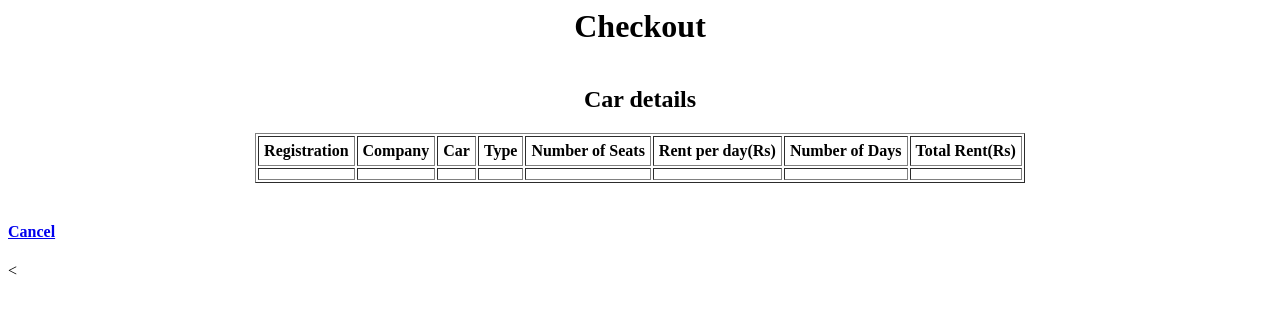
Repository: aforaswin/car-rental
Page: http://localhost/Car_Rental/Checkout.jsp
The author's editor kept a copy of each file at every save. The page is drawn from the files as they stood at one save, then again after the next save.
The browser window is 1280 px wide. The pictures show the whole page.
The page is served by Tomcat 9. Other server files are loaded and not shown. The template is opened directly, without the code that normally fills it, so the values that code supplies are empty.

Above is the page before, as saved 2017-09-19 09:10:47.

### Car Rental/WebContent/Checkout.jsp
<%@ page language="java" contentType="text/html; charset=ISO-8859-1"
    pageEncoding="ISO-8859-1"%>
<%@ taglib uri="http://java.sun.com/jsp/jstl/core" prefix="c" %>
<html>
<head>
<meta http-equiv="Content-Type" content="text/html; charset=ISO-8859-1">
<title>Insert title here</title>
</head>
<body>
<center>
        <h1>Checkout</h1>



    </center>
    <div align="center">
        <table border="1" cellpadding="5">
            <caption><h2>Car details</h2></caption>
            <tr>
                <th>Registration</th>
                <th>Company</th>
                <th>Car</th>
                <th>Type</th>
                <th>Number of Seats</th>
                <th>Rent per day(Rs)</th>
                <th>Number of Days</th>
                <th>Total Rent(Rs)</th>
            </tr>
               <tr>
                    <td><c:out value="${car.regNo}" /></td>
                    <td><c:out value="${car.companyName}" /></td>
                    <td><c:out value="${car.carName}" /></td>
                    <td><c:out value="${car.type}" /></td>
                    <td><c:out value="${car.noOfSeats}" /></td>
                    <td><c:out value="${car.rent}" /></td>
                    <td><c:out value="${days}" /></td>
                    <td><c:out value="${total}" /></td>



                </tr>

        </table>
    </div>
    <br>
    <h4> <a href="home">Cancel</a>  </h4>
       <
       <%
int timeout = session.getMaxInactiveInterval();
response.setHeader("Refresh", timeout + "; URL = userLogin.jsp");
%>
</body>
</html>

After the next save:
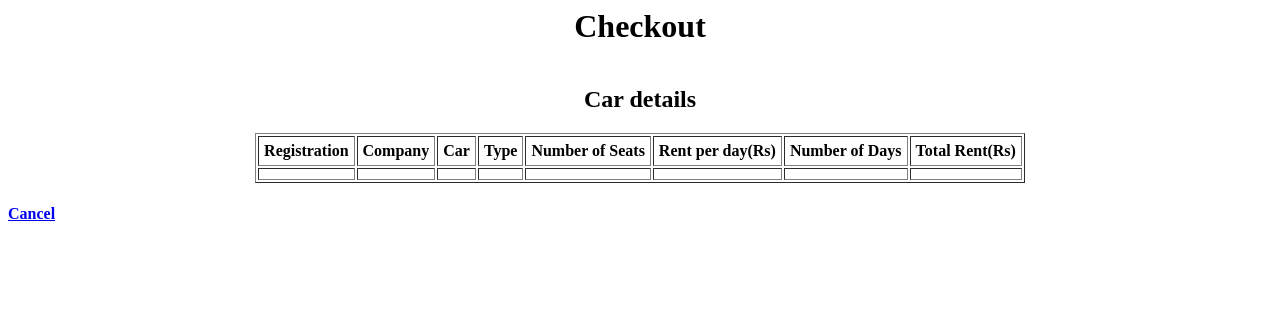
Saved 70 s later.
--- a/Car Rental/WebContent/Checkout.jsp
+++ b/Car Rental/WebContent/Checkout.jsp
@@ -42,9 +42,9 @@
 
         </table>
     </div>
-    <br>
+
     <h4> <a href="home">Cancel</a>  </h4>
-       <
+
        <%
 int timeout = session.getMaxInactiveInterval();
 response.setHeader("Refresh", timeout + "; URL = userLogin.jsp");
